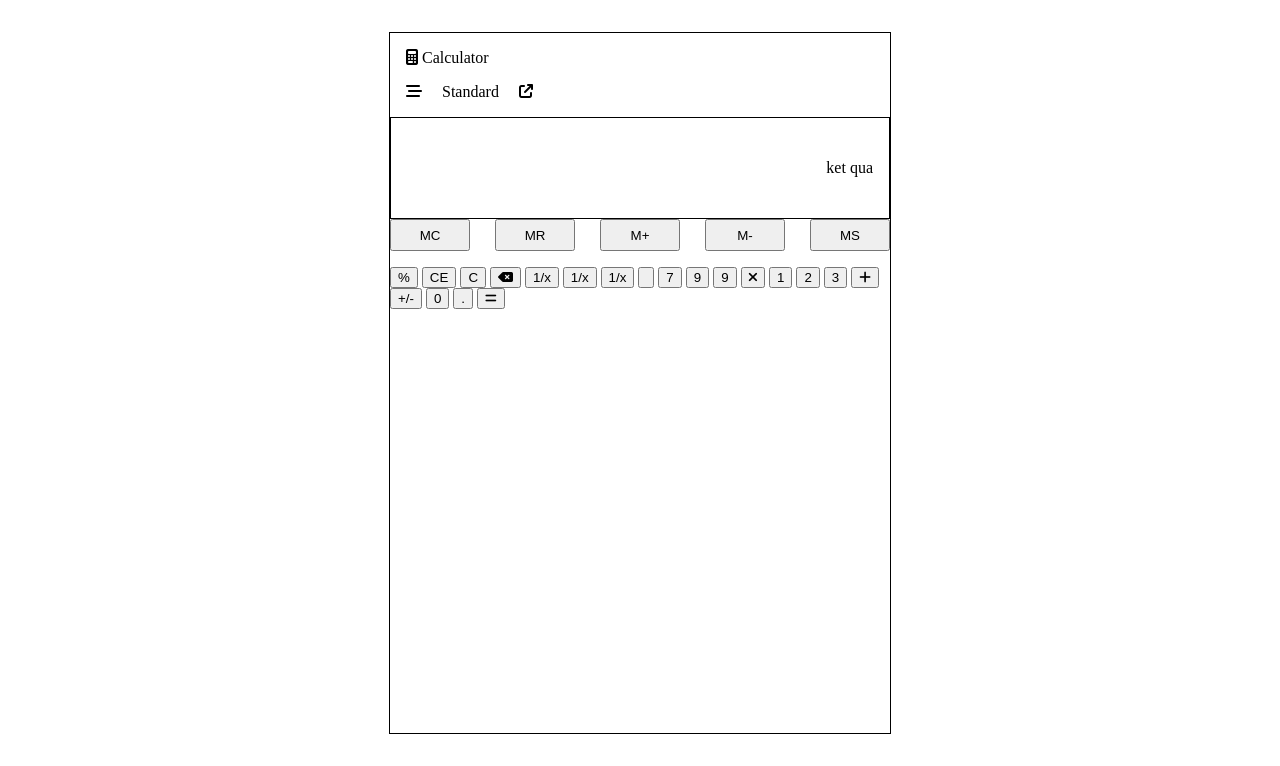
Repository: tungts3qb/Javascript
Page: Calculator/Calculator.html
The author's editor kept a copy of each file at every save. The page is drawn from the files as they stood at one save, then again after the next save.
The browser window is 1280 px wide. The pictures show the whole page.

Above is the page before, as saved 2022-12-26 15:48:38.

### Calculator/Calculator.html
<!DOCTYPE html>
<html lang="en">
  <head>
    <meta charset="UTF-8" />
    <meta http-equiv="X-UA-Compatible" content="IE=edge" />
    <meta name="viewport" content="width=device-width, initial-scale=1.0" />
    <link rel="stylesheet" href="./style.css" />
    <link
      rel="stylesheet"
      href="https://cdnjs.cloudflare.com/ajax/libs/font-awesome/6.2.1/css/all.min.css"
      integrity="sha512-MV7K8+y+gLIBoVD59lQIYicR65iaqukzvf/nwasF0nqhPay5w/9lJmVM2hMDcnK1OnMGCdVK+iQrJ7lzPJQd1w=="
      crossorigin="anonymous"
      referrerpolicy="no-referrer"
    />
    <title>Calculator</title>
  </head>
  <body>
    <div class="calculator">
      <div class="calculator-header">
        <i class="fa-solid fa-calculator"></i>
        <span>Calculator</span>
      </div>
      <div class="calculator-nav">
        <i class="fa-solid fa-bars-staggered"></i>
        <span>Standard</span>
        <i class="fa-solid fa-arrow-up-right-from-square"></i>
      </div>
      <div class="caculator-result"><span>ket qua</span></div>
      <div class="calculator-special-function">
        <ul>
          <li><button class="btn-special-fun">MC</button></li>
          <li><button class="btn-special-fun">MR</button></li>
          <li><button class="btn-special-fun">M+</button></li>
          <li><button class="btn-special-fun">M-</button></li>
          <li><button class="btn-special-fun">MS</button></li>
        </ul>
      </div>
      <div class="calculator-buttons">
        <button class="calculator-button">%</button>
        <button class="calculator-button">CE</button>
        <button class="calculator-button">C</button>
        <button class="calculator-button">
          <i class="fa-solid fa-delete-left"></i>
        </button>
        <button class="calculator-button">1/x</button>
        <button class="calculator-button">1/x</button>
        <button class="calculator-button">1/x</button>
        <button class="calculator-button">
          <i class="fas fa-buttonide"></i>
        </button>
        <button class="calculator-button">7</button>
        <button class="calculator-button">9</button>
        <button class="calculator-button">9</button>
        <button class="calculator-button"><i class="fas fa-times"></i></button>
        <button class="calculator-button">1</button>
        <button class="calculator-button">2</button>
        <button class="calculator-button">3</button>
        <button class="calculator-button"><i class="fas fa-plus"></i></button>
        <button class="calculator-button">+/-</button>
        <button class="calculator-button">0</button>
        <button class="calculator-button">.</button>
        <button class="calculator-button"><i class="fas fa-equals"></i></button>
      </div>
    </div>
    <script src="./script.js"></script>
  </body>
</html>

### Calculator/style.css
.calculator {
  width: 500px;
  height: 700px;
  border: 1px solid black;
  margin: 2rem auto;
}

.calculator-header {
  margin-top: 1rem;
  padding-left: 1rem;
}

.calculator-nav {
  padding-left: 1rem;
  margin-top: 1rem;
}

.calculator-nav span {
  margin-left: 1rem;
  margin-right: 1rem;
}

.caculator-result {
  border: 1px solid black;
  margin-top: 1rem;
  height: 100px;
  display: flex;
  justify-content: flex-end;
  align-items: center;
}

.caculator-result span {
  display: block;
  margin-right: 1rem;
}

/* .calculator-special-function {
  display: flex;
  align-items: center;
  justify-content: center;
} */
.calculator-special-function ul {
  width: 100%;
  padding-left: 0;
  list-style: none;
  display: flex;
  margin-top: 0;
  justify-content: space-between;
  align-items: center;
}

.btn-special-fun {
  width: 5rem;
  height: 2rem;
}

Loaded but not shown: Calculator/script.js (no stored copy; drawn as an empty file)

After the next save:
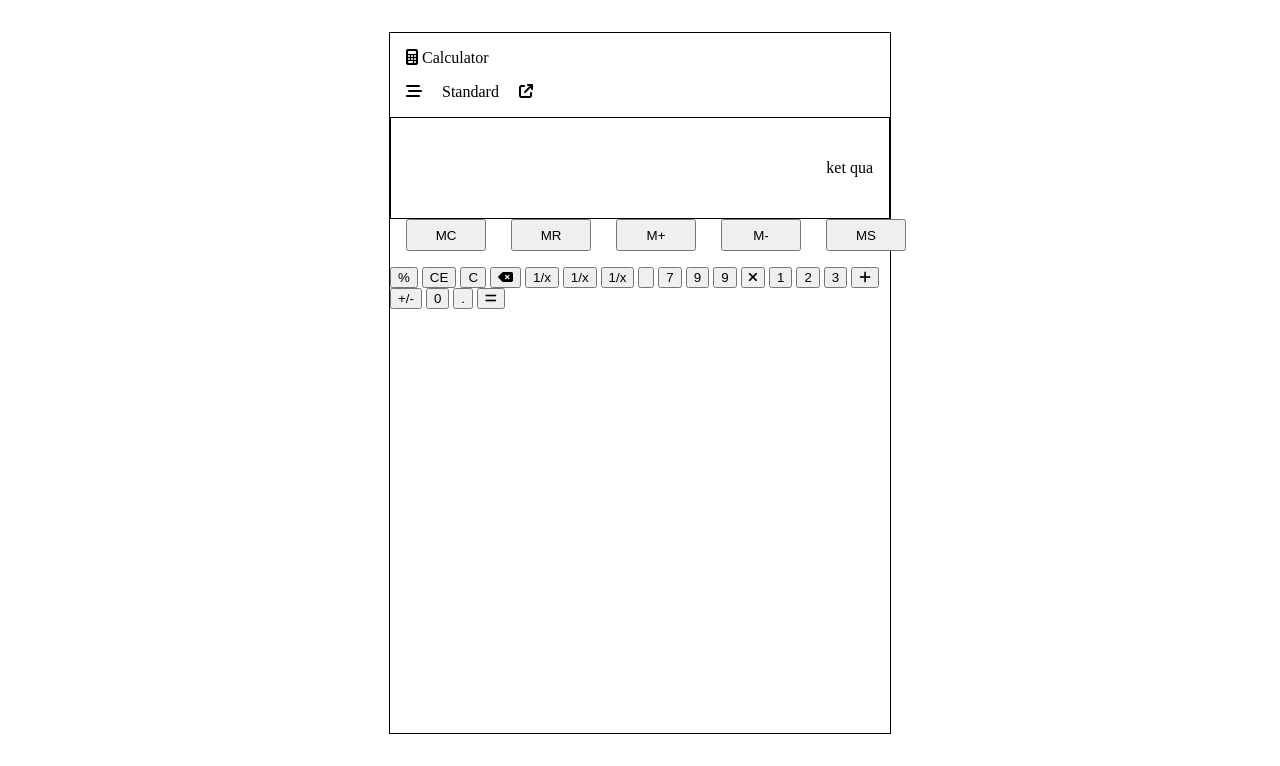
Saved 30 s later.
--- a/Calculator/style.css
+++ b/Calculator/style.css
@@ -47,6 +47,8 @@
   margin-top: 0;
   justify-content: space-between;
   align-items: center;
+  margin-left: 1rem;
+  margin-right: 1rem;
 }
 
 .btn-special-fun {

After the 2 saves that followed:
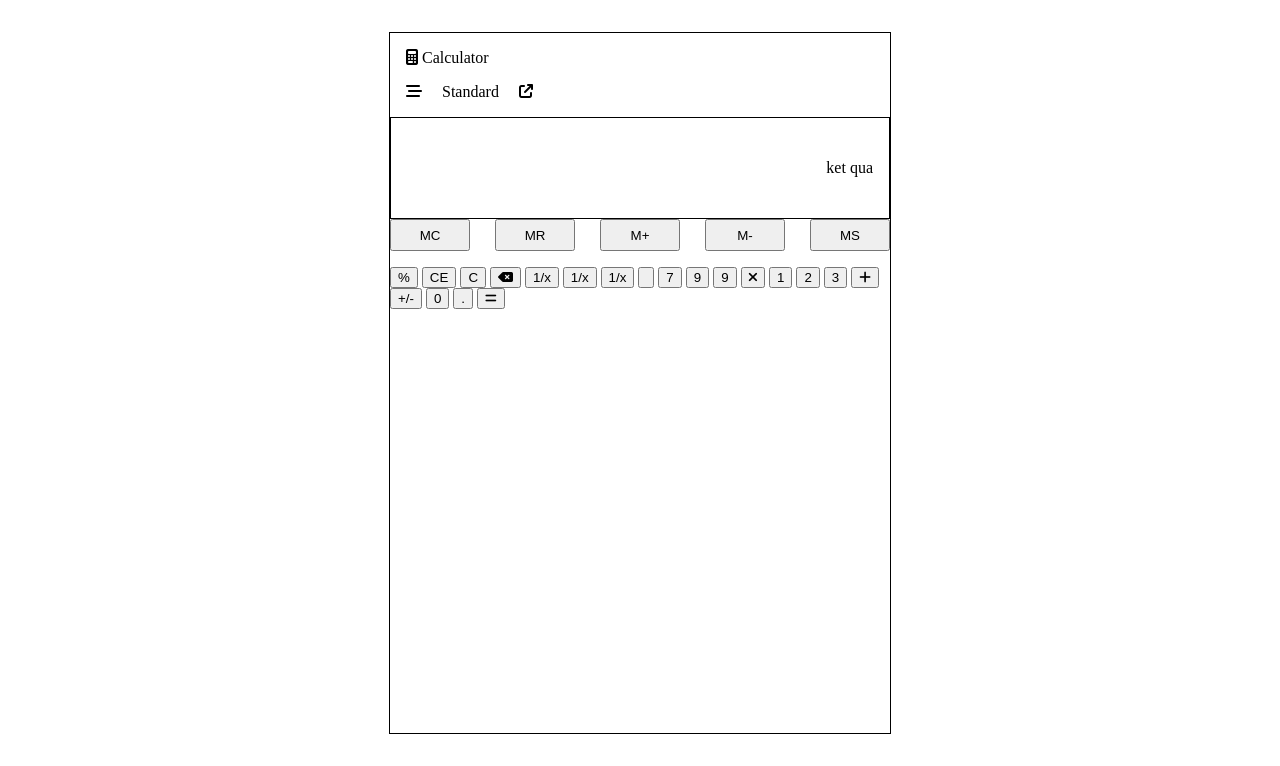
The 2 saves are shown as one change because 1 left the picture as it was.
The last was saved 39 s later.
--- a/Calculator/style.css
+++ b/Calculator/style.css
@@ -47,8 +47,6 @@
   margin-top: 0;
   justify-content: space-between;
   align-items: center;
-  margin-left: 1rem;
-  margin-right: 1rem;
 }
 
 .btn-special-fun {
